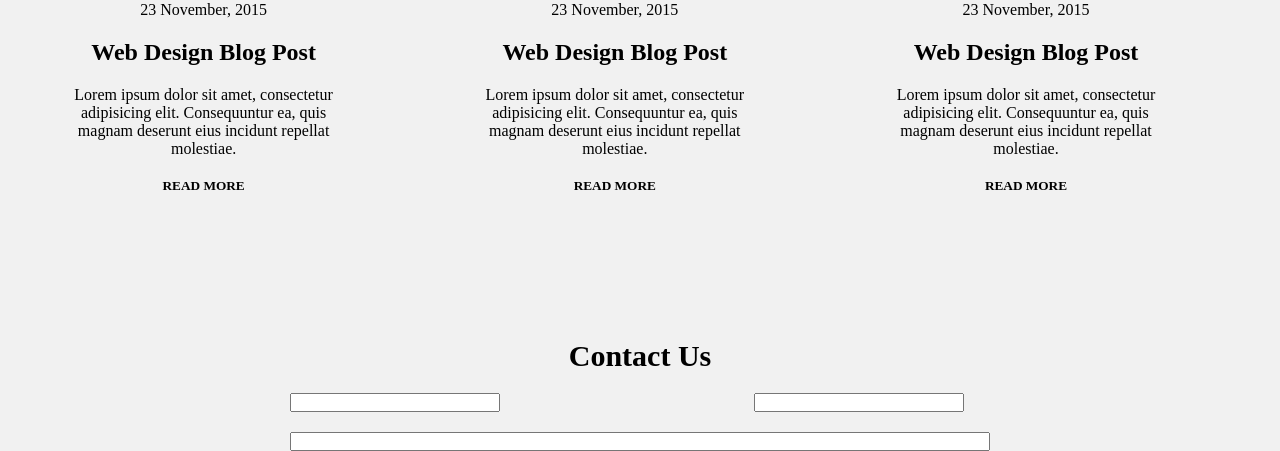
Repository: Ahmedalid/New-project
Page: Rout/index.html
An editor plug-in stored every save of this project. The page is shown before and after a run of saves, followed by the edit.
The browser window is 1280 px wide. The pictures show the part of the page from y = 3461 to 3931 px (the page is 3912 px tall before and 3931 px after).
A picture or video elsewhere on the page could not be fetched, so the positions and the page height are approximate.

Above is the page before, as saved 2023-05-24 19:48:33.

### Rout/index.html
<!DOCTYPE html>
<html lang="en">

<head>
    <meta charset="UTF-8">
    <meta http-equiv="X-UA-Compatible" content="IE=edge">
    <meta name="viewport" content="width=device-width, initial-scale=1.0">
    <link rel="stylesheet" href="https://cdnjs.cloudflare.com/ajax/libs/font-awesome/6.4.0/css/all.min.css">
    <link rel="stylesheet" href="css/style.css">
    <title>Document</title>
</head>

<body>
    <div class="bg-img" style="background-image: url(img/slider-02.jpg);">

        <div class="container pt">
            <div class="header-nav logo-nav">
                <h2>Fokir</h2>
            </div>
            <div class="header-nav">
                <ul>
                    <li><span class="nav-home">Home</span></li>
                    <li>About</li>
                    <li>Services </li>
                    <li>Portfolio</li>
                    <li>Testimonial</li>
                    <li>Blog </li>
                    <li>Contact</li>


                </ul>

            </div>
        </div>
        <div class="auto container">
            <h4 class="mt">Hello i'm</h4>
            <h1 class="mt">ALEX SMITH</h1>
            <p class="mt">Professional Web DesignerDesignerDeveloper</p>
        </div>

    </div>
    <div class="section-mt">
        <div class="section-2 container ">
            <div class="element-1">
                <span>
                    <img src="img/work-7.jpg" alt="Work-7">
                </span>
            </div>
            <div class="element-1">
                <h1><span>I</span>HELLO,</h1>
                <p class="mt">
                    Lorem ipsum dolor sit amet, consectetur adipisicing elit, sed do eiusmod tempor incididunt ut labore
                    et dolore magna aliqua. Ut enim ad minim veniam, quis nostrud exercitation ullamco laboris nisi ut
                    aliquip ex ea commodo consequat. Duis aute irure dolor in reprehenderit in voluptate velit esse
                    cillum dolore eu fugiat nulla pariatur. Excepteur sint occaecat cupidatat non proident, sunt in
                    culpa qui officia deserunt mollit anim id est laborum.
                </p>
                <div class="mt border"> </div>
                <div class="Name mt">
                    <div class="mt">Name: Rdam smith</div>
                    <div class="mt">Age: 26 Year</div>
                    <div class="mt">Freelance: Available</div>
                </div>
                <div class="Name mt">
                    <div class="mt">Job Title: UI/UX Designe</div>
                    <div class="mt">Location: United States, US</div>
                    <div class="mt">E-mail: example@gmail.com</div>
                </div>
                <div class="mt">
                    <button class="btn">Download CV <span><i class="fa fa-download"
                                aria-hidden="true"></i></span></button>

                    <button class="btn">Hire My <span><i class="fa fa-paper-plane"
                                aria-hidden="true"></i></span></button>
                </div>


            </div>
        </div>
    </div>
    <!-- section-3 -->
    <div class="section-bg">
        <section class="section-mt  ">
            <h1 class="pt">Our Services</h1>
            <div class="mt ">
                <div class="Services text-center">
                    <span class="mt"><i class="fa-solid fa-pen text-color"></i></span>
                    <h2 class="mt">UI/UX DESIGN</h2>
                    <p class="mt"> Lorem ipsum dolor sit amet, consectetur adipisicing elit. Ratione adipisci mollitia
                        quis
                        necstatibus.</p>
                </div>
                <div class="Services text-center">
                    <span class="mt"><i class="fa-solid fa-pen text-color"></i></span>
                    <h2 class="mt">APP DEVELOPMENT</h2>
                    <p class="mt"> Lorem ipsum dolor sit amet, consectetur adipisicing elit. Ratione adipisci mollitia
                        quis
                        necstatibus.</p>
                </div>
                <div class="Services text-center">
                    <span class="mt"><i class="fa-solid fa-pen text-color"></i></span>
                    <h2 class="mt">PRODUCT DESIGN</h2>
                    <p class="mt"> Lorem ipsum dolor sit amet, consectetur adipisicing elit. Ratione adipisci mollitia
                        quis
                        necstatibus.</p>
                </div>
                <div class="Services text-center">
                    <span class="mt"><i class="fa-solid fa-pen text-color"></i></span>
                    <h2 class="mt">UI/UX DESIGN</h2>
                    <p class="mt"> Lorem ipsum dolor sit amet, consectetur adipisicing elit. Ratione adipisci mollitia
                        quis
                        necstatibus.</p>
                </div>

            </div>
        </section>
    </div>
    <!-- section-4 -->
    <div class="">
        <section class="section-mt  ">
            <h1 class="pt">Our Portfolio</h1>
            <div class="text-center">
                <p class="p-Our">All</p>
                <p class="p-Our">GRAPHIC</p>
                <p class="p-Our">WEB DESIGN</p>
                <p class="p-Our">PRADNIG</p>
            </div>
            <div class="mt container">
                <div class="Portfolio text-center">
                    <span>
                        <img src="img/1.jpg" alt="">
                    </span>
                </div>
                <div class="Portfolio text-center">
                    <span>
                        <img src="img/2.jpg" alt="">
                    </span>
                </div>
                <div class="Portfolio text-center">
                    <span>
                        <img src="img/3.jpg" alt="">
                    </span>
                </div>
                <div class="Portfolio text-center">
                    <img src="img/5.jpg" alt="">
                </div>
                <div class="Portfolio text-center">
                    <img src="img/4.jpg" alt="">
                </div>
                <div class="Portfolio text-center">
                    <img src="img/6.jpg" alt="">
                </div>

            </div>
        </section>
    </div>

    <div class="section-bg">
        <section class="section-mt  ">
            <div class="mt ">
                <div class="Services text-center">
                    <span class="mt"><i class="fa-solid fa-pen text-color"></i></span>
                    <h2 class="mt">7</h2>
                    <p class="mt">Lorem, ipsum dolor.</p>
                </div>
                <div class="Services text-center">
                    <span class="mt"><i class="fa-solid fa-pen text-color"></i></span>
                    <h2 class="mt">9</h2>
                    <p class="mt"> Lorem ipsum dolor sit..</p>
                </div>
                <div class="Services text-center">
                    <span class="mt"><i class="fa-solid fa-pen text-color"></i></span>
                    <h2 class="mt">5</h2>
                    <p class="mt">Lorem ipsum dolor sit..</p>
                </div>
                <div class="Services text-center">
                    <span class="mt"><i class="fa-solid fa-pen text-color"></i></span>
                    <h2 class="mt">7</h2>
                    <p class="mt"> Lorem, ipsum dolor.</p>
                </div>

            </div>
        </section>
    </div>
    <section class="section-mt">
        <h1 class="text-center">Client's Feedback</h1>
        <div class="text-center mt">
            <img src="img/2 (1).jpg" alt="" class="w-3">
        </div>
    </section>
    <div class="section-bg">
        <section class="section-mt  ">
            <h1 class="pt">Our Blog</h1>
            <div class="mt ">
                <div class="Blog text-center">
                    <span class="mt">
                        <img src="img/1 (1).jpg" alt="">
                    </span>
                    <p class="mt">23 November, 2015</p>
                    <h2 class="mt"> Web Design Blog Post </h2>
                    <p class="mt">Lorem ipsum dolor sit amet, consectetur adipisicing elit. Consequuntur ea, quis magnam deserunt
                        eius incidunt repellat molestiae.</p>
                        <h5 class="mt">READ MORE </h5>


                </div>
                <div class="Blog text-center">
                    <span class="mt">
                        <img src="img/1 (1).jpg" alt="">
                    </span>
                    <p class="mt">23 November, 2015</p>
                    <h2 class="mt"> Web Design Blog Post </h2>
                    <p class="mt">Lorem ipsum dolor sit amet, consectetur adipisicing elit. Consequuntur ea, quis magnam deserunt
                        eius incidunt repellat molestiae.</p>
                        <h5 class="mt">READ MORE </h5>


                </div>
                <div class="Blog text-center">
                    <span class="mt">
                        <img src="img/1 (1).jpg" alt="">
                    </span>
                    <p class="mt">23 November, 2015</p>
                    <h2 class="mt"> Web Design Blog Post </h2>
                    <p class="mt">Lorem ipsum dolor sit amet, consectetur adipisicing elit. Consequuntur ea, quis magnam deserunt
                        eius incidunt repellat molestiae.</p>
                        <h5 class="mt">READ MORE </h5>


                </div>



            </div>
        </section>
        <section class="section-mt">
            <div class="text-center">
                <h1>Contact Us</h1>

            </div>
            <div class="Contact">
                <div class="mt">
                    <input type="text" class="w-3" name="" id="">
                <input type="text" name="" id="" class="w-3 input-l">
                <input type="text" class="w-10 mt" name="" id="">
                </div>
            </div>
        </section>
    </div>
</body>

</html>

### Rout/css/style.css
*{
    margin: 0;
    padding: 0;
    box-sizing: border-box;
}
.container{
    margin: auto 111px;
}
.bg-img{
    background-repeat: no-repeat;
    background-size: cover;
    height: 100vh;
}
.header-nav{
    display: inline-block;
    width: 49%;
    color: white;
}
.pt{
    padding-top: 25px;
}
.mt{
    margin-top: 20px;
}
.logo-nav h2{
    color: #ff305b;
    font-weight: bold;
    cursor: pointer;
    transition: 1.5s;
}
.logo-nav h2:hover{
    text-decoration: underline;
}
.header-nav ul li{
    display: inline-block;
    padding-left: 17px;
}
.nav-home{
    color: #ff305b;
}
.header-nav ul li:hover{
    text-decoration: underline;
    color: #ff305b;
    cursor: pointer;
}
.auto{
    /* margin: auto; */
    padding-top: 230px;
    color: white;
    text-align: center;
    font-weight: bold;
}
.element-1{
    display: inline-block;
    width: 49%;
    vertical-align: top;
}
.element-1 h1 span{
    color: #ff305b;
}
.border{
    border: dotted 1px black;
}
.Name{
    display: inline-block;
    width: 48%;
}
.section-mt{
    margin-top: 30px;
}
.btn{
    border: none;
    outline: none;
    background-color: #ff305b;
    color: white;
    padding: 12px;
    border-radius: 10px;
    cursor: pointer;
    transition: 0.5s;
}
.btn:hover{
    background-color: #ec2403;
}
.btn span i{
    margin-left: 7px;
}
.section-mt h1{
    text-align: center;
    font-size: 30px;
    font-weight: bold;
    padding-top: 100px;
}
.section-bg{
    background-color: #f1f1f1;

}
.Services{
    margin: auto 50px;
    display: inline-block;
    width: 15%;
    padding: 15px;
    cursor: pointer;
    transition: width 2s;
}
.text-color{
    color: #ff305b;
}
.text-center{
    text-align: center;
}
.Services:hover{
    background-color: white;
    width: 20%;

}

.Portfolio{
    /* margin: auto 50px; */
    display: inline-block;
    width: 33%;
    /* padding: 15px; */
    cursor: pointer;
    transition: width 2s;
}
img{
    width: 100%;
}
.p-Our{
    display: inline-block;
    text-align: center;
    margin-top: 15px;
    padding-left: 20px;
    transition: all 0.5s;
    cursor: pointer;
}
.p-Our:hover{
    border-bottom: 1px solid #ff305b;
}
.w-3{
    width: 30%;
}
.Blog{
    margin: auto 50px;
    display: inline-block;
    width: 24%;
    padding: 15px;
    cursor: pointer;
    transition: width 2s;
}
.Contact{
    margin: auto 290px;
}
.w-5{
    width: 50%;
}
.w-10{
    width: 100%;
}
.input-l{
    margin-left: 250px;
}

After the next 2 saves:
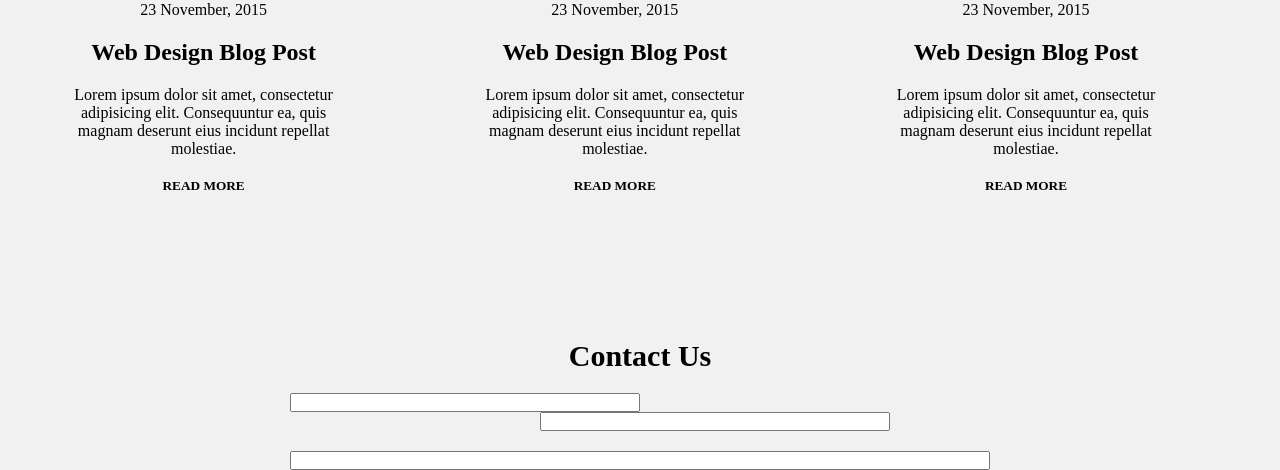
The 2 saves are shown as one change because they came seconds apart.
The last was saved 22 s later.
--- a/Rout/index.html
+++ b/Rout/index.html
@@ -240,8 +240,8 @@
             </div>
             <div class="Contact">
                 <div class="mt">
-                    <input type="text" class="w-3" name="" id="">
-                <input type="text" name="" id="" class="w-3 input-l">
+                    <input type="text" class="w-5" name="" id="">
+                <input type="text" name="" id="" class="w-5 input-l">
                 <input type="text" class="w-10 mt" name="" id="">
                 </div>
             </div>
